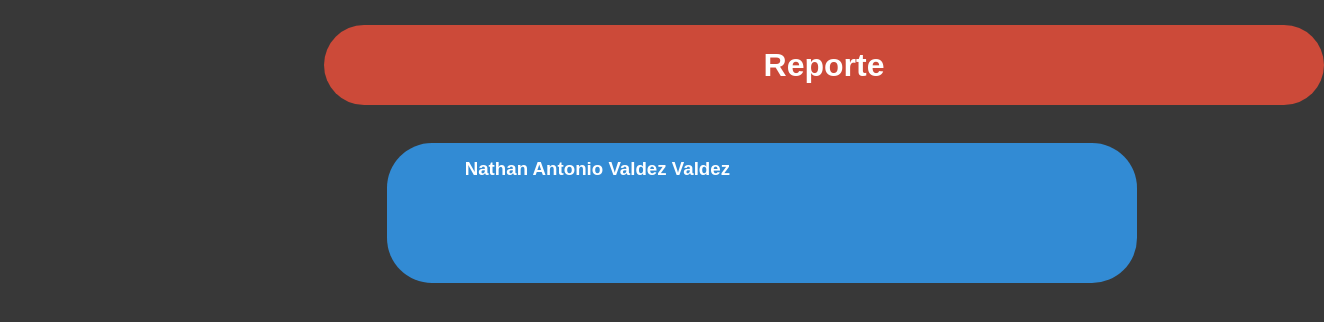
Repository: nathanvdev/LFP_PR_202001568
Page: plantilla.html
The author's editor kept a copy of each file at every save. The page is drawn from the files as they stood at one save, then again after the next save.
The browser window is 1280 px wide. The page is 1324 px wide, so the pictures cover 1324 px, including what lies to the right of the window. The pictures show the whole page.

Above is the page before, as saved 2022-02-19 18:52:06.

After the next save:
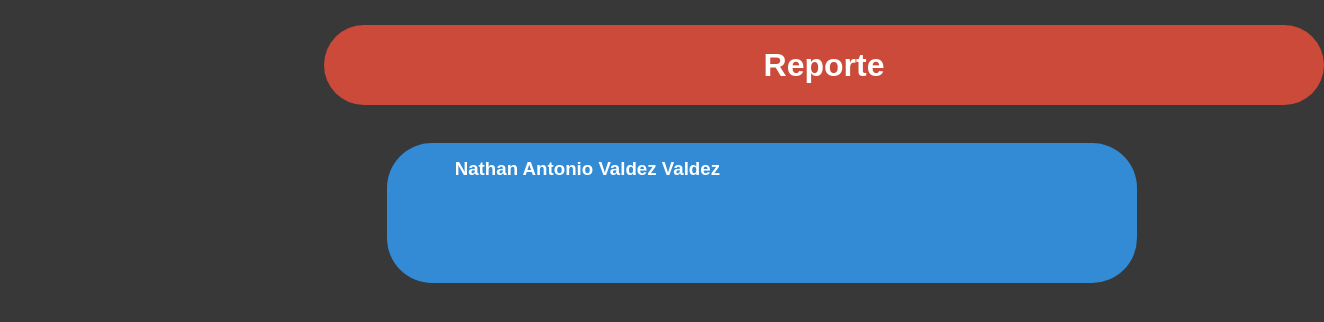
Saved 6 s later.
--- a/plantilla.html
+++ b/plantilla.html
@@ -38,7 +38,7 @@
         <h1 style="color: white;">Reporte</h1>
     </div>
     <div class="PersonalInfo">
-        <h3 style="color: white; padding-left: 40px;
+        <h3 style="color: white; padding-left: 30px;
         padding-top: 15px; margin: 5%;">
             Nathan Antonio Valdez Valdez
         </h3>
